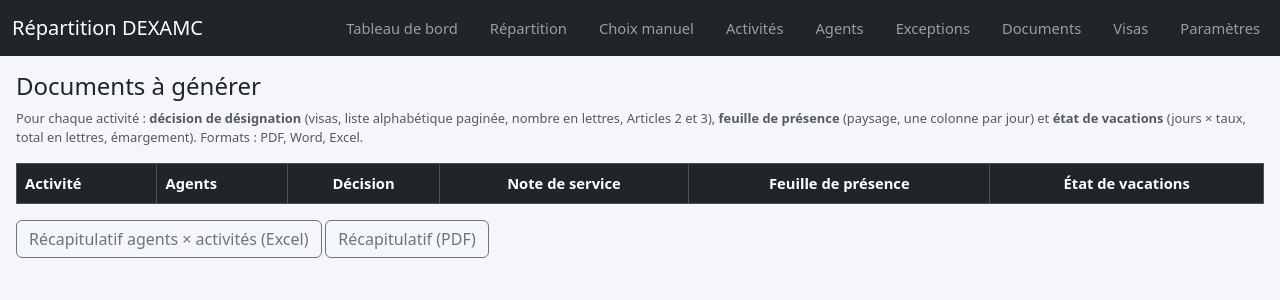
Repository: Mikandry/vacation
Page: http://localhost/documents
These files come from the project's save history. The page is drawn as it stood at one moment and after the next save; the edit follows.
The browser window is 1280 px wide. The pictures show the whole page.
The page is served by the project's Laravel application, run on PHP 8.4 with Laravel 12. Queries for data that is not in the repository find no rows.

Above is the page before, as saved 2026-10-19 15:32:25.

After the next save:
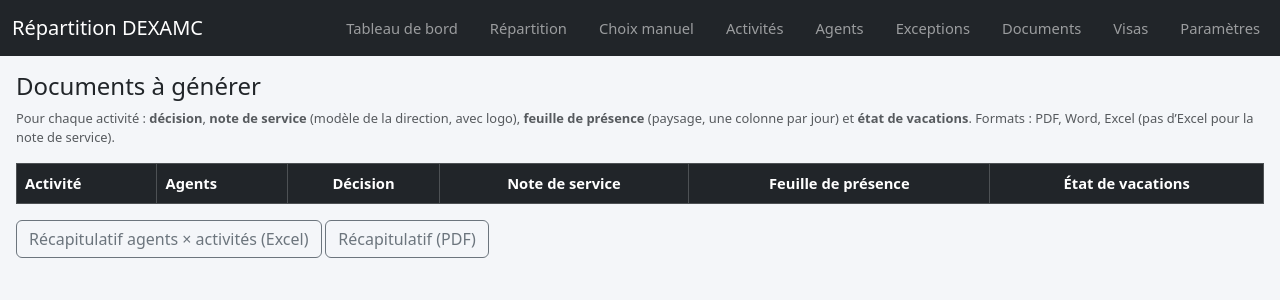
Saved 16 s later.
--- a/resources/views/docs/index.blade.php
+++ b/resources/views/docs/index.blade.php
@@ -2,18 +2,23 @@
 @section('title','Documents')
 @section('content')
 <h4>Documents à générer</h4>
-<p class="text-muted small">Pour chaque activité : <b>décision de désignation</b> (visas, liste alphabétique paginée, nombre en lettres, Articles 2 et 3), <b>feuille de présence</b> (paysage, une colonne par jour) et <b>état de vacations</b> (jours × taux, total en lettres, émargement). Formats : PDF, Word, Excel.</p>
+<p class="text-muted small">Pour chaque activité : <b>décision</b>, <b>note de service</b> (modèle de la direction, avec logo), <b>feuille de présence</b> (paysage, une colonne par jour) et <b>état de vacations</b>. Formats : PDF, Word, Excel (pas d’Excel pour la note de service).</p>
 <table class="table table-bordered bg-white align-middle"><thead class="table-dark"><tr><th>Activité</th><th>Agents</th>
  @foreach(\App\Services\DocumentExporter::TITLES as $t)<th class="text-center">{{ $t }}</th>@endforeach</tr></thead>
 @foreach($acts as $a)<tr class="{{ $a->active?'':'text-muted' }}">
-  <br><a class="small" href="{{ route('choix.show',$a) }}">✎ choisir les agents</a>
-  <td><b>{{ $a->code }}</b><br><small>{{ $a->name }} — {{ $a->days }} j × {{ number_format($a->rate,0,',',' ') }} Ar</small></td><td>{{ $a->assignments_count }}</td>
- @foreach(array_keys(\App\Services\DocumentExporter::TITLES) as $t)<td class="text-center text-nowrap">
+ <td><b>{{ $a->code }}</b><br><small>{{ $a->name }} — {{ $a->days }} j × {{ number_format($a->rate,0,',',' ') }} Ar</small>
+  <br><a class="small" href="{{ route('choix.show',$a) }}">✎ choisir les agents</a></td>
+ <td>{{ $a->assignments_count }}</td>
+ @foreach(array_keys(\App\Services\DocumentExporter::TITLES) as $t)
+ <td class="text-center text-nowrap">
   @if($a->assignments_count)
    <a class="btn btn-sm btn-outline-danger" href="{{ route('documents.export',[$a,$t,'pdf']) }}">PDF</a>
    <a class="btn btn-sm btn-outline-primary" href="{{ route('documents.export',[$a,$t,'docx']) }}">Word</a>
-   <a class="btn btn-sm btn-outline-success" href="{{ route('documents.export',[$a,$t,'xlsx']) }}">Excel</a>
-  @else <span class="text-muted small">aucun agent</span>@endif</td>@endforeach</tr>@endforeach
+   @if($t !== 'note')<a class="btn btn-sm btn-outline-success" href="{{ route('documents.export',[$a,$t,'xlsx']) }}">Excel</a>@endif
+  @else <span class="text-muted small">aucun agent</span>@endif
+ </td>
+ @endforeach
+</tr>@endforeach
 </table>
 <a class="btn btn-outline-secondary" href="{{ route('distribution.recap','xlsx') }}">Récapitulatif agents × activités (Excel)</a>
 <a class="btn btn-outline-secondary" href="{{ route('distribution.recap','pdf') }}">Récapitulatif (PDF)</a>
